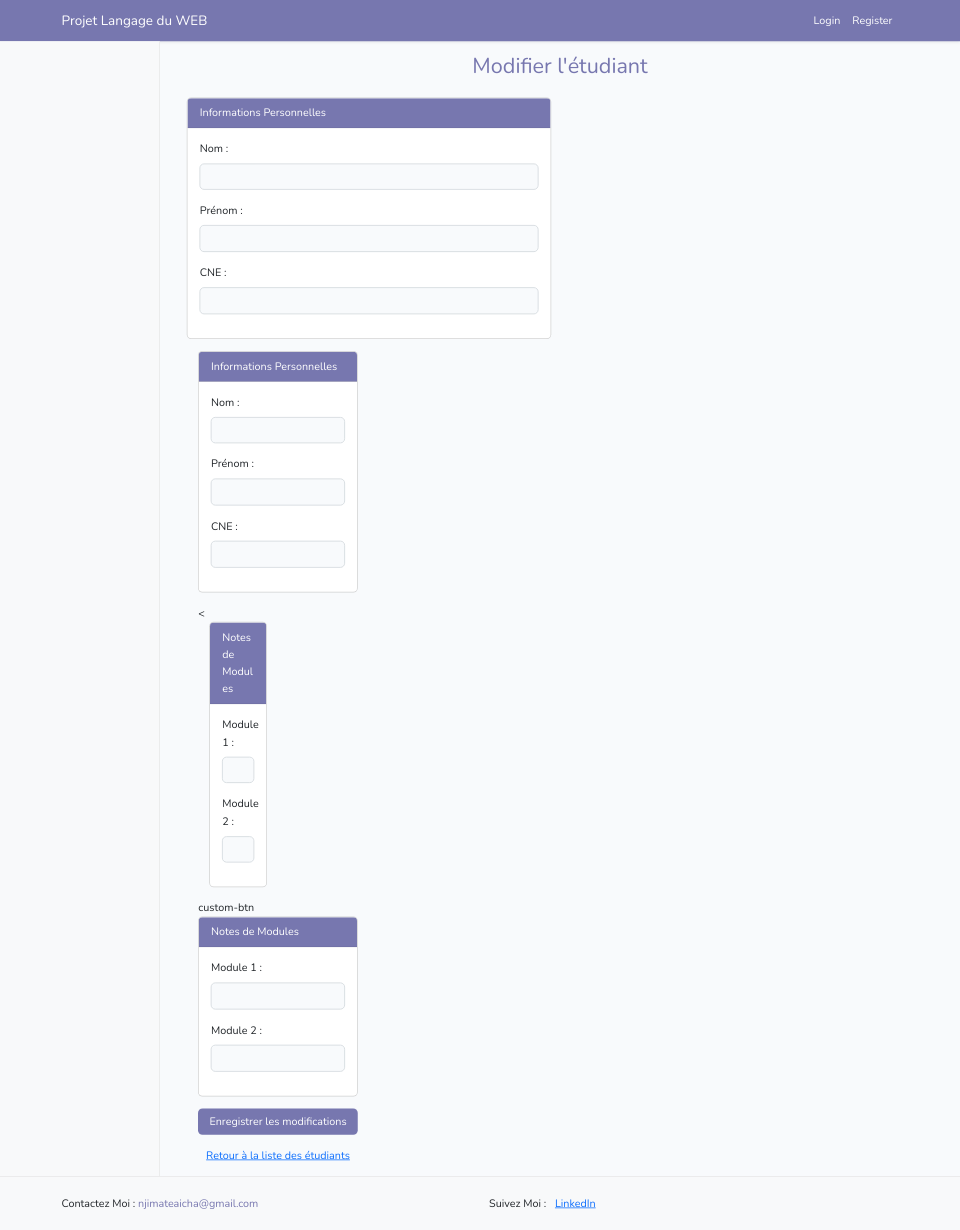
Repository: NjimateAicha/LaravelWeb
Page: resources/views/etudiant/edit.blade.php
An editor plug-in stored every save of this project. The page is shown before and after the next save, followed by the edit.
The browser window is 1280 px wide. The pictures show the whole page, at 75% of full size.
Some web libraries are served in a nearby version. The page is served by the project's Laravel application, run on PHP 8.4 with Laravel 9. Style sheets and scripts are compiled from the project's sources, by tool versions that may differ from the author's. The template is opened directly, without the code that normally fills it, so the values that code supplies are empty.

Above is the page before, as saved 2024-05-19 18:13:10.

After the next save:
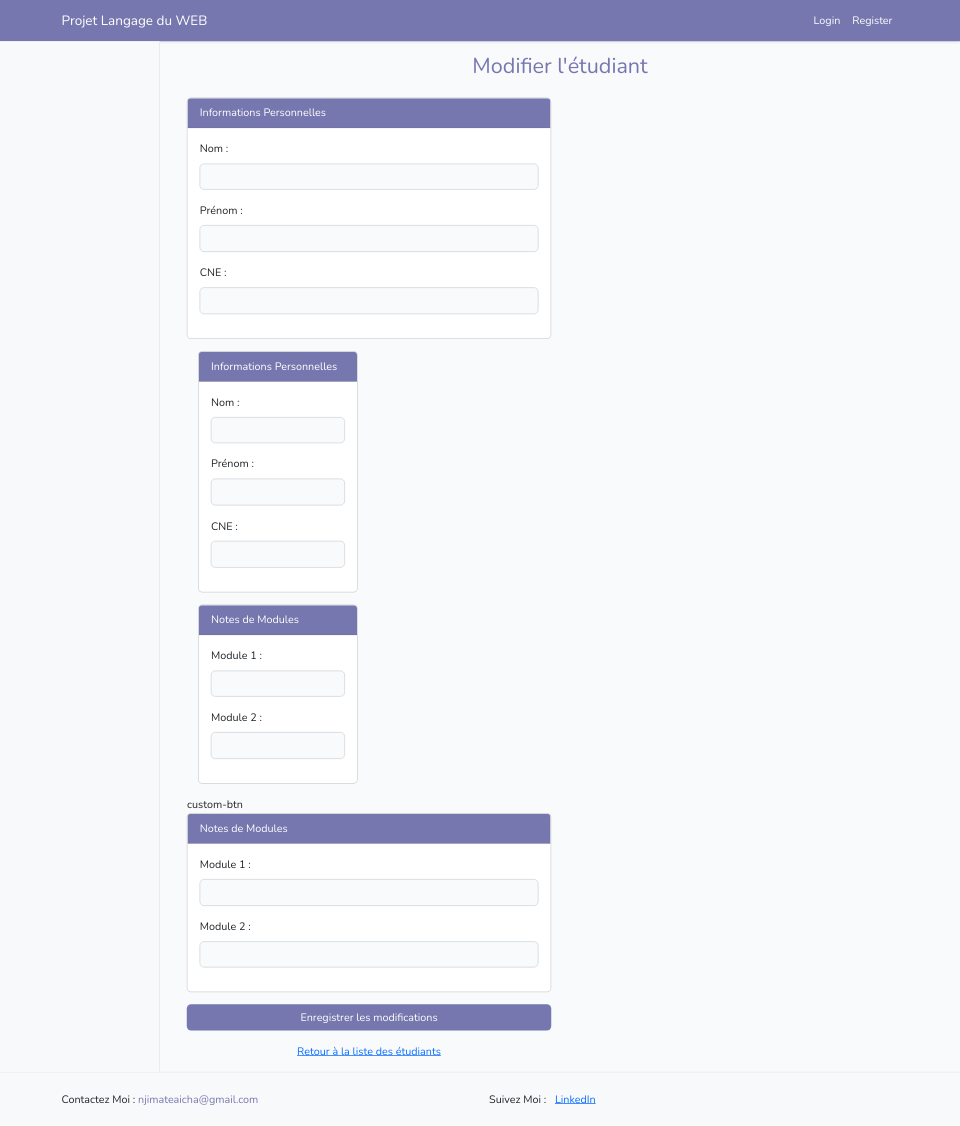
Saved 6 s later.
--- a/resources/views/etudiant/edit.blade.php
+++ b/resources/views/etudiant/edit.blade.php
@@ -86,7 +86,7 @@
                                     </div>
                                 </div>
                             </div>
-                    <
+                        </div>
                             <!-- Notes de modules -->
                         <div class="col-md-6">
                             <div class="card mb-3">
